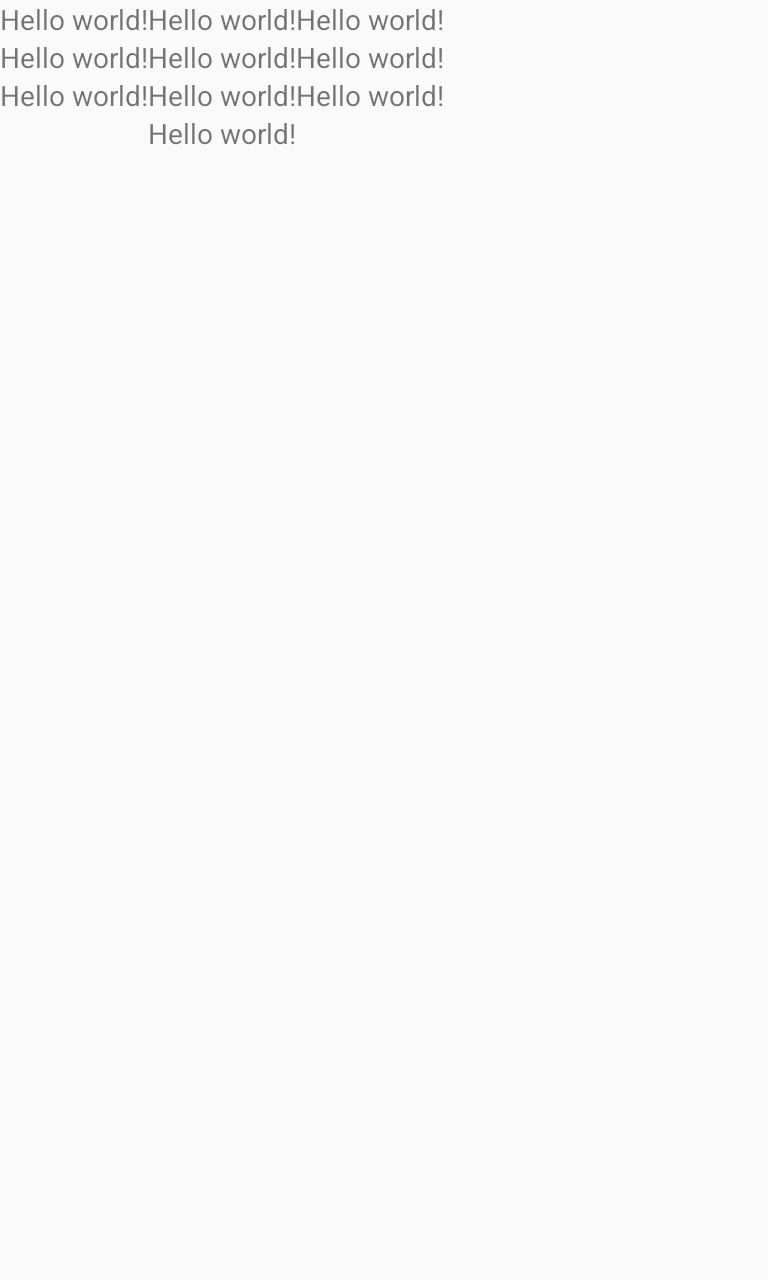
Repository: deyan-yosifov/Android
Layout: Workspace/BouncingBallGame/res/layout/activity_accelerometer_monitor.xml
An editor plug-in stored every save of this project. The layout is shown before and after the next save, followed by the edit.
It is drawn on a 768 x 1280 px phone screen (xhdpi) without system bars, with theme AppTheme; the app's code is not run.

Above is the layout before, as saved 2015-01-03 16:32:29.

### Workspace/BouncingBallGame/res/layout/activity_accelerometer_monitor.xml
<RelativeLayout xmlns:android="http://schemas.android.com/apk/res/android"
    xmlns:tools="http://schemas.android.com/tools"
    android:layout_width="match_parent"
    android:layout_height="match_parent"
    tools:context="${relativePackage}.${activityClass}" >

	<LinearLayout
	    android:layout_width="wrap_content"
        android:layout_height="wrap_content"
        android:orientation="vertical"
        android:id="@+id/acceleromatorValues"
	    >
	    <TextView
	        android:layout_width="wrap_content"
	        android:layout_height="wrap_content"
	        android:id="@+id/accelerometer_x_coordinate_textView"
	        android:text="@string/hello_world" />

	    <TextView
	        android:layout_width="wrap_content"
	        android:layout_height="wrap_content"
	        android:id="@+id/accelerometer_y_coordinate_textView"
	        android:text="@string/hello_world" />

	    <TextView
	        android:layout_width="wrap_content"
	        android:layout_height="wrap_content"
	        android:id="@+id/accelerometer_z_coordinate_textView"
	        android:text="@string/hello_world" />
	</LinearLayout>

	<LinearLayout
	    android:layout_width="wrap_content"
        android:layout_height="wrap_content"
        android:orientation="vertical"
        android:id="@+id/gravityValues"
        android:layout_toRightOf="@id/acceleromatorValues"
	    >
		<TextView
	        android:layout_width="wrap_content"
	        android:layout_height="wrap_content"
	        android:id="@+id/gravity_x_coordinate_textView"
	        android:text="@string/hello_world" />

	    <TextView
	        android:layout_width="wrap_content"
	        android:layout_height="wrap_content"
	        android:id="@+id/gravity_y_coordinate_textView"
	        android:text="@string/hello_world" />

	    <TextView
	        android:layout_width="wrap_content"
	        android:layout_height="wrap_content"
	        android:id="@+id/gravity_z_coordinate_textView"
	        android:text="@string/hello_world" />

	    <TextView
	        android:layout_width="wrap_content"
	        android:layout_height="wrap_content"
	        android:id="@+id/gravity_length_coordinate_textView"
	        android:text="@string/hello_world" />
	</LinearLayout>

	<LinearLayout
	    android:layout_width="wrap_content"
        android:layout_height="wrap_content"
        android:orientation="vertical"
        android:id="@+id/timeValues"
        android:layout_toRightOf="@id/gravityValues"
	    >
	    <TextView
	        android:layout_width="wrap_content"
	        android:layout_height="wrap_content"
	        android:id="@+id/currentTime_textView"
	        android:text="@string/hello_world" />

	    <TextView
	        android:layout_width="wrap_content"
	        android:layout_height="wrap_content"
	        android:id="@+id/currentDeltaTime_textView"
	        android:text="@string/hello_world" />

	    <TextView
	        android:layout_width="wrap_content"
	        android:layout_height="wrap_content"
	        android:id="@+id/minDeltaTime_coordinate_textView"
	        android:text="@string/hello_world" />
	</LinearLayout>

</RelativeLayout>

### Workspace/BouncingBallGame/res/values/styles.xml
<resources xmlns:android="http://schemas.android.com/apk/res/android">

    <!--
        Base application theme, dependent on API level. This theme is replaced
        by AppBaseTheme from res/values-vXX/styles.xml on newer devices.
    -->
    <style name="FallingRocksFonts" parent="@android:style/TextAppearance.Medium">
        <item name="android:layout_width">wrap_content</item>
        <item name="android:layout_height">wrap_content</item>
        <item name="android:textColor">#FF0000</item>
        <item name="android:background">#00FF00</item>
        <item name="android:padding">10dp</item>
        <item name="android:layout_centerHorizontal">true</item>
    </style>

    <style name="FallingRocksButtons" parent="@android:attr/buttonStyleSmall">
        <item name="android:layout_width">wrap_content</item>
        <item name="android:layout_height">wrap_content</item>
        <item name="android:padding">10dp</item>
        <item name="android:layout_centerHorizontal">true</item>
    </style>

    <style name="AppBaseTheme" parent="Theme.AppCompat.Light">
        <!--
            Theme customizations available in newer API levels can go in
            res/values-vXX/styles.xml, while customizations related to
            backward-compatibility can go here.
        -->

    </style>

    <!-- Application theme. -->
    <style name="AppTheme" parent="AppBaseTheme">
        <!-- All customizations that are NOT specific to a particular API-level can go here. -->
    </style>

</resources>

### Workspace/BouncingBallGame/res/values/strings.xml
<?xml version="1.0" encoding="utf-8"?>
<resources>

    <string name="app_name">Falling Rocks</string>
    <string name="hello_world">Hello world!</string>
    <string name="welcome_header">Welcome to Falling Rocks game!</string>
    <string name="button_play_game">Play the game!</string>
    <string name="action_settings">Settings</string>
    <string name="title_activity_single_player_game">Play game!</string>

</resources>

Loaded but not shown: Workspace/BouncingBallGame/res/values-v11/styles.xml (common file); Workspace/BouncingBallGame/res/values-v14/styles.xml (common file)

After the next save:
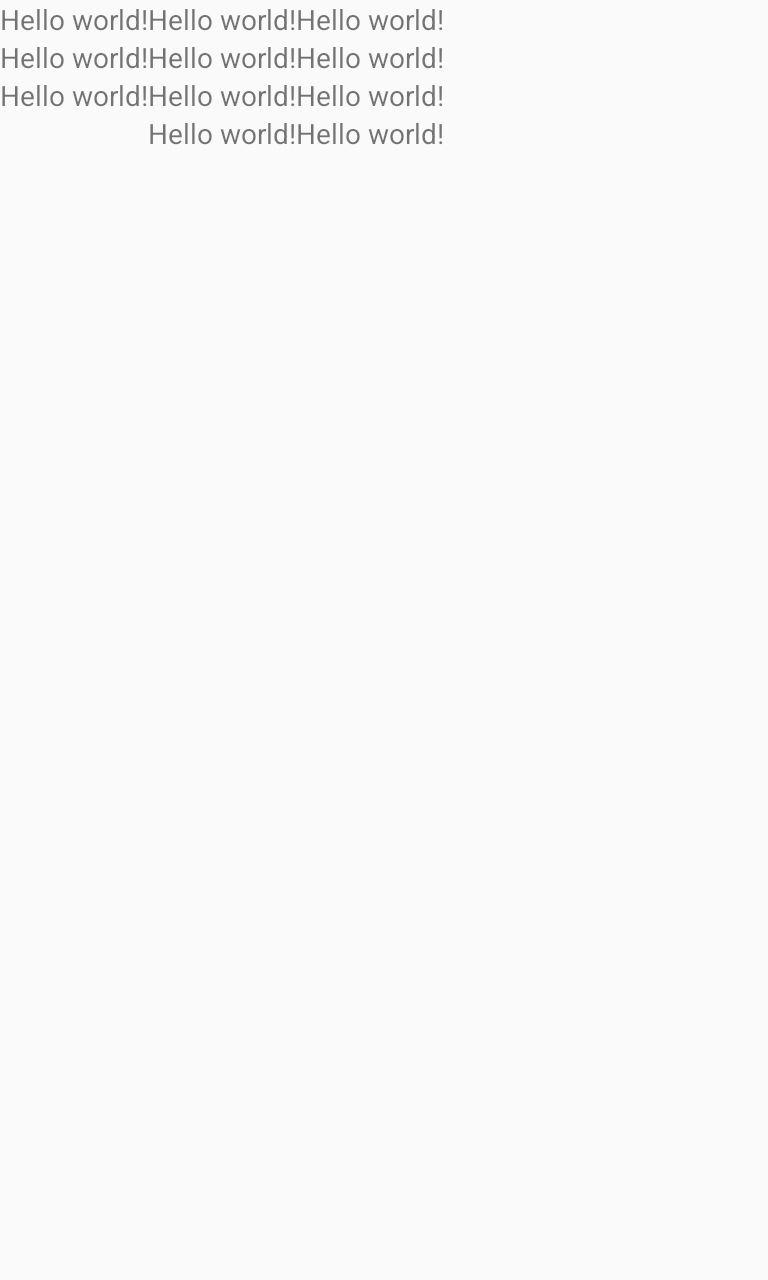
Saved 12 s later.
--- a/Workspace/BouncingBallGame/res/layout/activity_accelerometer_monitor.xml
+++ b/Workspace/BouncingBallGame/res/layout/activity_accelerometer_monitor.xml
@@ -85,6 +85,12 @@
 	        android:layout_height="wrap_content"
 	        android:id="@+id/minDeltaTime_coordinate_textView"
 	        android:text="@string/hello_world" />
+
+	    <TextView
+	        android:layout_width="wrap_content"
+	        android:layout_height="wrap_content"
+	        android:id="@+id/maxDeltaTime_coordinate_textView"
+	        android:text="@string/hello_world" />
 	</LinearLayout>
 
 </RelativeLayout>
